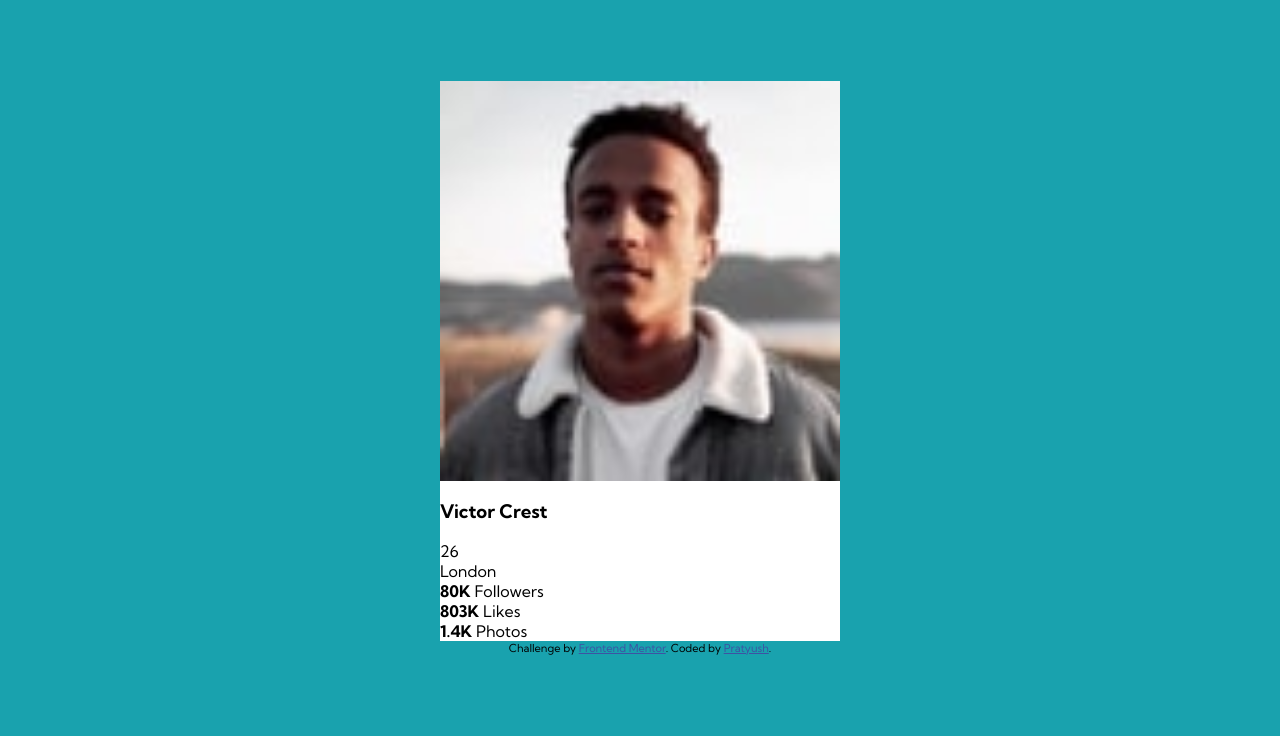
Repository: PratypartyY2K/frontendmentor-challenges
Page: profile-card-component-main/index.html
These files come from the project's save history. The page is drawn as it stood at one moment and after the next save; the edit follows.
The browser window is 1280 px wide. The pictures show the whole page.

Above is the page before, as saved 2021-07-15 13:11:45.

After the next save:
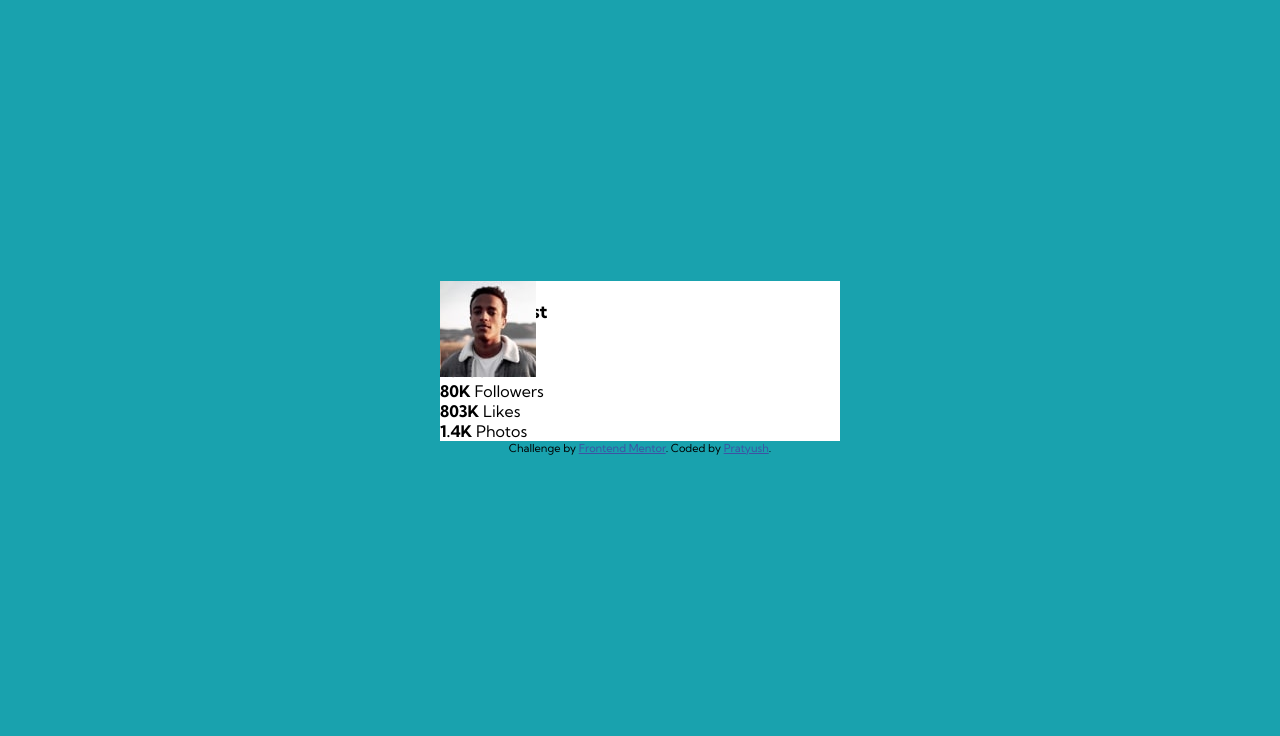
Saved 37 s later.
--- a/profile-card-component-main/style.css
+++ b/profile-card-component-main/style.css
@@ -23,6 +23,12 @@ body {
     flex-direction: column;
     background-color: white;
     width: 400px;
+    position: relative;
+}
+
+.card-wrapper img {
+    position: absolute;
+
 }
 
 .upper-div {
